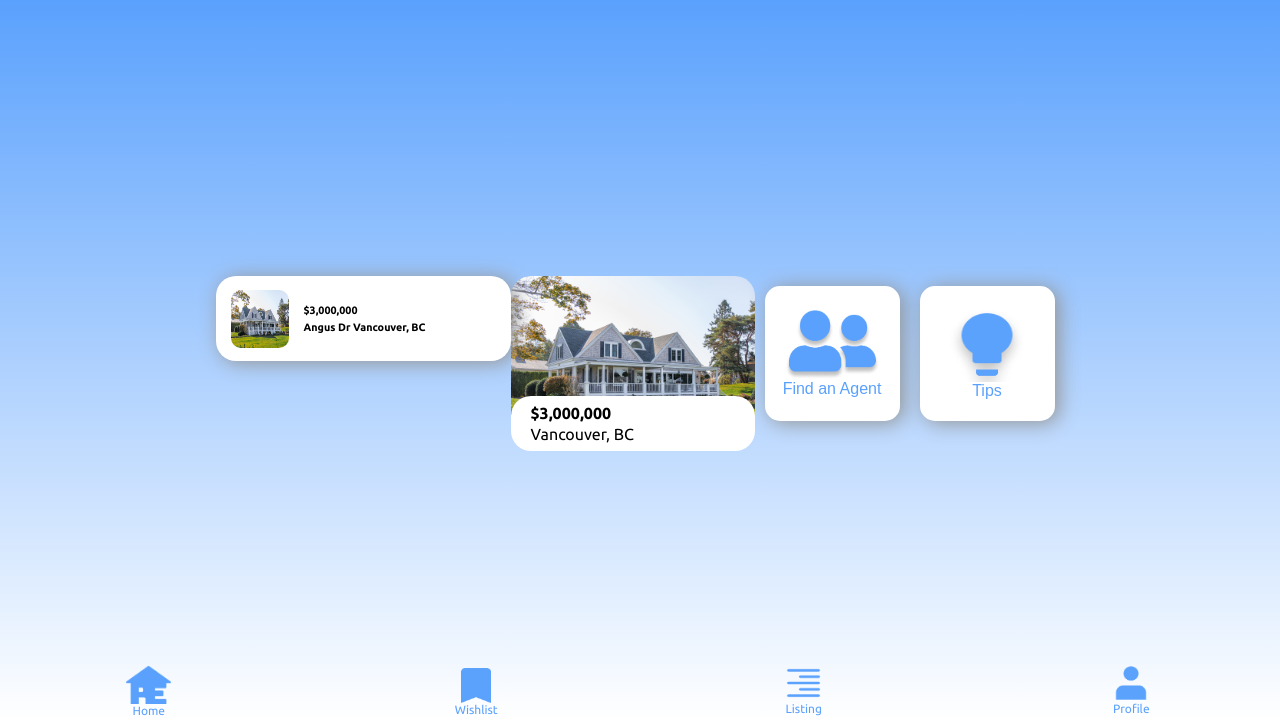
Repository: msyukurrr/realeasy
Page: /
The author's editor kept a copy of each file at every save. The page is drawn from the files as they stood at one save, then again after the next save.
The browser window is 1280 px wide. The pictures show the whole page.
The project was rebuilt for these pictures with package versions that can differ from the ones it lists, and the page was loaded fresh each time. The framework's server and built-in components were replaced by stand-ins that run in the browser. Also part of the build but not shown: next.config.js, components/CatButton.js.

Above is the page before, as saved 2023-01-27 19:56:07.

### pages/index.js
import Head from 'next/head'
import styles from '../styles/Home.module.css'
import { useState } from 'react'
import { useRouter } from 'next/router'
import MainButton from '../components/Button'
import axios from 'axios'
import CatButton from '../components/CatButton'
import NavBar from '../components/NavBar'
import ListCard from '../components/ListCard'
import FavCard from '../components/FavCard'

export default function Home() {
  const r = useRouter();




  return (
    <>
      <Head>
        <title>Current Weather</title>
        <meta name="description" content="Generated by create next app" />
        <link rel="icon" href="/favicon.ico" />
      </Head>

      <main className={styles.mainHome}>

      <div style={{display:'flex'}}>
        <FavCard />
        <ListCard/>
      <MainButton
      w='135px'
      h='135px'
      src='./findanagent.png'
      iconh='70px'
      iconw='95px'
      lbltxt='Find an Agent'
      fs='16px'
      onClick={() => r.push("/findanagent")}
      ></MainButton>
      <MainButton
      w='135px'
      h='135px'
      src='./lightbulb.png'
      iconh='75px'
      iconw='80px'
      lbltxt='Tips'
      fs='16px'
      ></MainButton>
      </div>

      <NavBar></NavBar>

      </main>

    </>
  )
}

### styles/globals.css
@import url('https://fonts.googleapis.com/css2?family=Ubuntu:ital,wght@0,300;0,400;0,500;0,700;1,300;1,400;1,500;1,700&display=swap');

html,
body {
  padding: 0;
  margin: 0;
  font-family: "Ubuntu", sans-serif;
  background-color: #E6EEF8;
}

a {
  color: inherit;
  text-decoration: none;
}

* {
  box-sizing: border-box;
}

@media (prefers-color-scheme: dark) {
  html {
    color-scheme: dark;
  }
  body {
    color: white;
    background: E6EEF8;
  }
}

### styles/Home.module.css
.container {
  padding: 0 2rem;
}

.main {
  min-height: 100vh;
  padding: 4rem 0;
  flex: 1;
  display: flex;
  flex-direction: column;
  justify-content: center;
  align-items: center;
}


.mainHome {
  min-height: 100vh;
  padding: 4rem 0;
  flex: 1;
  display: flex;
  flex-direction: column;
  justify-content: center;
  align-items: center;
  background-image: linear-gradient(#5AA1FD, white);
}

.footer {
  display: flex;
  flex: 1;
  padding: 2rem 0;
  border-top: 1px solid #eaeaea;
  justify-content: center;
  align-items: center;
}

.footer a {
  display: flex;
  justify-content: center;
  align-items: center;
  flex-grow: 1;
}

.title a {
  color: #0070f3;
  text-decoration: none;
}

.title a:hover,
.title a:focus,
.title a:active {
  text-decoration: underline;
}

.title {
  margin: 0;
  line-height: 1.15;
  font-size: 4rem;
}

.title,
.description {
  text-align: center;
}

.description {
  margin: 4rem 0;
  line-height: 1.5;
  font-size: 1.5rem;
}

.code {
  background: #fafafa;
  border-radius: 5px;
  padding: 0.75rem;
  font-size: 1.1rem;
  font-family: Menlo, Monaco, Lucida Console, Liberation Mono, DejaVu Sans Mono,
    Bitstream Vera Sans Mono, Courier New, monospace;
}

.grid {
  display: flex;
  align-items: center;
  justify-content: center;
  flex-wrap: wrap;
  max-width: 800px;
}

.card {
  margin: 1rem;
  padding: 1.5rem;
  text-align: left;
  color: inherit;
  text-decoration: none;
  border: 1px solid #eaeaea;
  border-radius: 10px;
  transition: color 0.15s ease, border-color 0.15s ease;
  max-width: 300px;
}

.card:hover,
.card:focus,
.card:active {
  color: #0070f3;
  border-color: #0070f3;
}

.card h2 {
  margin: 0 0 1rem 0;
  font-size: 1.5rem;
}

.card p {
  margin: 0;
  font-size: 1.25rem;
  line-height: 1.5;
}

.logo {
  height: 1em;
  margin-left: 0.5rem;
}

@media (max-width: 600px) {
  .grid {
    width: 100%;
    flex-direction: column;
  }
}

@media (prefers-color-scheme: dark) {
  .card,
  .footer {
    border-color: #222;
  }
  .code {
    background: #111;
  }
  .logo img {
    filter: invert(1);
  }
}

### components/Button.js
import styled from "styled-components";

const ButtonCont = styled.div`
display: flex;
`

const Button = styled.button`
display:flex;
flex-direction: column;
margin: 10px;
align-items: center;
justify-content: center;
background-color: white;
color: #5AA1FD;
filter: drop-shadow(4px 2px 10px #949494);
height: ${props=>props.height};
width: ${props=>props.width};
border-radius: 15px;
border: none;
&:hover{
    border: 1px solid;
    padding: 10px;
    box-shadow: 2px 2px #888888;
}
`

const Icon = styled.img`
height: ${props=>props.height};
width: ${props=>props.width};
`

const Lbl = styled.span`
display: block;
font-size: ${props=>props.fontsize};
`

export default function MainButton ({
    onClick=()=>{},
    src='./logo.png',
    lbltxt='House',
    h="69px",
    w="69px",
    fs="11px",
    iconh="35px",
    iconw="35px"
}){
    return <ButtonCont>
        <Button onClick={onClick} height={h} width={w}>
            <Icon src={src} height={iconh} width={iconw}></Icon>
            <Lbl fontsize={fs}>{lbltxt}</Lbl>
        </Button>
    </ButtonCont>
}

### components/NavBar.js
import styled from "styled-components";
import Link from "next/link";

const NavBarCont = styled.div`
position: fixed;
bottom: 0;
width: 100%;
`
const NavCont = styled.nav`
display: flex;
justify-content: space-around;
width: 100%;
background-color: transparent;
height: 60px;
`
const HomeCont = styled.div`
width: 50px;
height: 50px;
display:flex;
flex-direction: column;
justify-content: center;
align-items: center;
margin-top: ${props=>props.margintop};
`
const WishlistCont = styled.div`
width: 50px;
height: 50px;
display:flex;
flex-direction: column;
justify-content: center;
align-items: center;
margin-left: 30px;
margin-top: ${props=>props.margintop};
margin-bottom: ${props=>props.marginbottom};
`
const ListingCont = styled.div`
width: 50px;

display:flex;
flex-direction: column;
justify-content: center;
align-items: center;
margin-left: 30px;
margin-top: ${props=>props.margintop};
`
const ProfileCont = styled.div`
display:flex;
margin-left: 30px;
margin-top: ${props=>props.margintop};
`

const Icon = styled.img`
display: flex;
justify-content: center;
height: ${props=>props.height};
width: ${props=>props.width};
display: flex;
`

const NavList = styled.span`
display: flex;
align-self: center;
color: #5AA1FD;
font-size: 12px;
`


export default function NavBar({
    mt="5px",
    mb=""
}){
    return <NavBarCont>
    <NavCont>
        <Link href="/">
            <HomeCont margintop="6px">
                <Icon src='./logo.png' height="45px" width="45px"/>
                <NavList>Home</NavList>
            </HomeCont>
        </Link>
        <Link href="/wishlist">
            <WishlistCont margintop="7px">
                <Icon src='./wishlist.png' height="35px" width="30px"></Icon>
                <NavList>Wishlist</NavList>
            </WishlistCont>
        </Link>
        <Link href="/listing">
            <ListingCont margintop="4px">
                <Icon src='./listing.png' height="38px" width="45px"></Icon>
                <NavList>Listing</NavList>
            </ListingCont>
        </Link>
        <Link href="/profile">
            <ListingCont margintop="4px">
                <Icon src='./user.png' height="38px" width="40px"></Icon>
                <NavList>Profile</NavList>
            </ListingCont>
        </Link>
    </NavCont>
    </NavBarCont>
}

### components/ListCard.js
import styled from "styled-components";

const CardCont = styled.div`
    display:flex;
    justify-content: center;
    width:244px;
    height:168px;



`;

const TextCont = styled.div`
    display:flex;
    position:absolute;
    background-color:white;
    z-index:1;
    width:244px;
    height:55px;
    margin-top:120px;
    border-radius:20px;
    color:black;
    flex-direction:column;
`


export default function ListCard() {

    return ( <CardCont>
        <img src="house.png" style={{borderRadius:20, width:244}}/>
        <TextCont>
            <h4 style={{marginTop:8, marginLeft:20}}>$3,000,000</h4>
            <p style={{marginTop:-18, marginLeft:20}}>Vancouver, BC</p>
        </TextCont>
    </CardCont>

    )
}

### components/FavCard.js
import styled from "styled-components";


const CardCont = styled.div`
    display:flex;
    width: 295px;
    height: 85px;
    background-color:white;
    border-radius:20px;
    align-items:center;
    color:black;
    filter: drop-shadow(4px 2px 10px #949494)

`;

export default function FavCard({
    pricetxt="$3,000,000",
    location="Angus Dr Vancouver, BC"
}) {


    return ( <CardCont>
        <img src="house.png" style={{width:58, height:58, borderRadius:10, marginLeft:15}}/>
        <div style={{marginLeft:15}}>
             <h6>{pricetxt}</h6>
             <h6 style={{marginTop:-20}}>{location}</h6>
        </div>

    </CardCont>

    )
}

Loaded but not shown: pages/_app.js (common file)

After the next save:
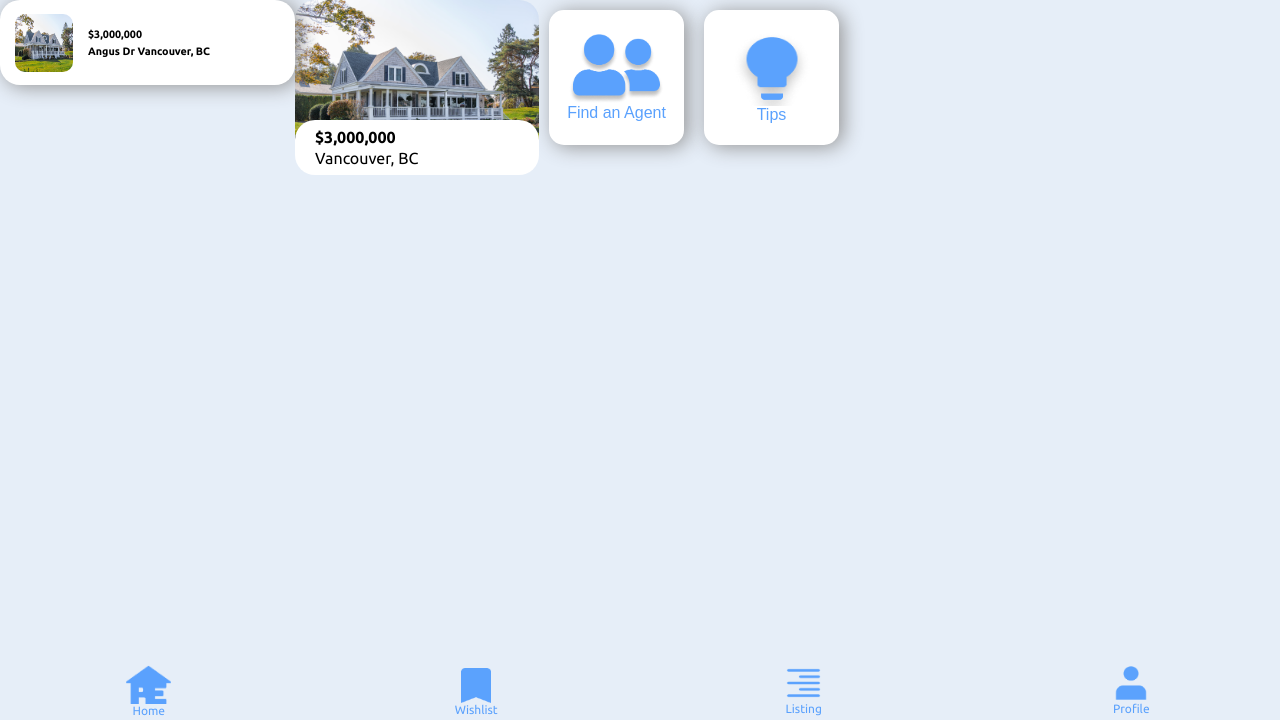
Saved 2 min 54 s later.
--- a/styles/Home.module.css
+++ b/styles/Home.module.css
@@ -13,7 +13,7 @@
 }
 
 
-.mainHome {
+.listing {
   min-height: 100vh;
   padding: 4rem 0;
   flex: 1;
